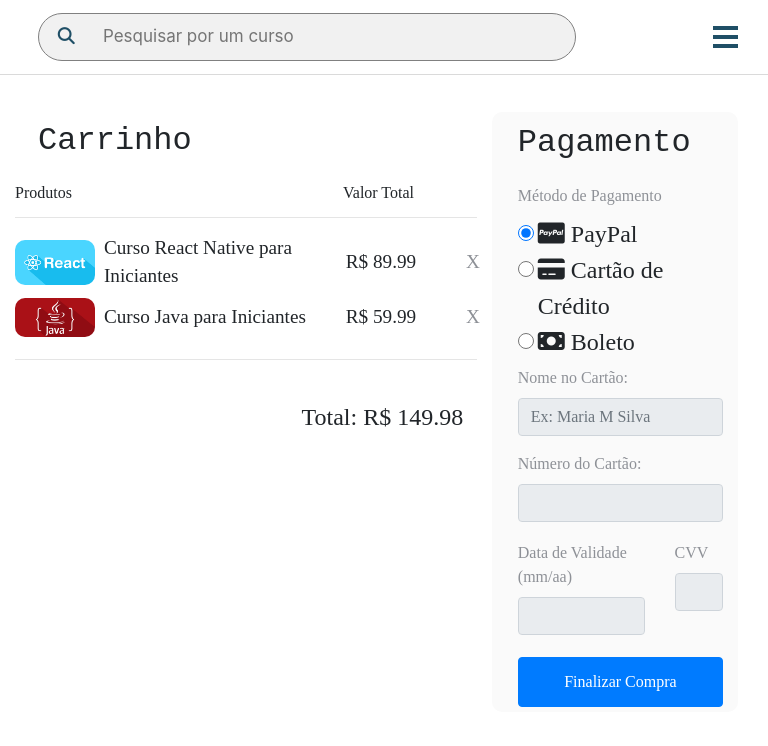
Repository: dudualtmann/Wissen
Page: Projeto Final2/WebContent/checkout.html
The author's editor kept a copy of each file at every save. The page is drawn from the files as they stood at one save, then again after the next save.
The browser window is 768 px wide. The pictures show the whole page.
Some web fonts or font styles are not loaded; a fallback is used. Some web libraries are served in a nearby version.

Above is the page before, as saved 2021-01-30 06:53:18.

After the next save:
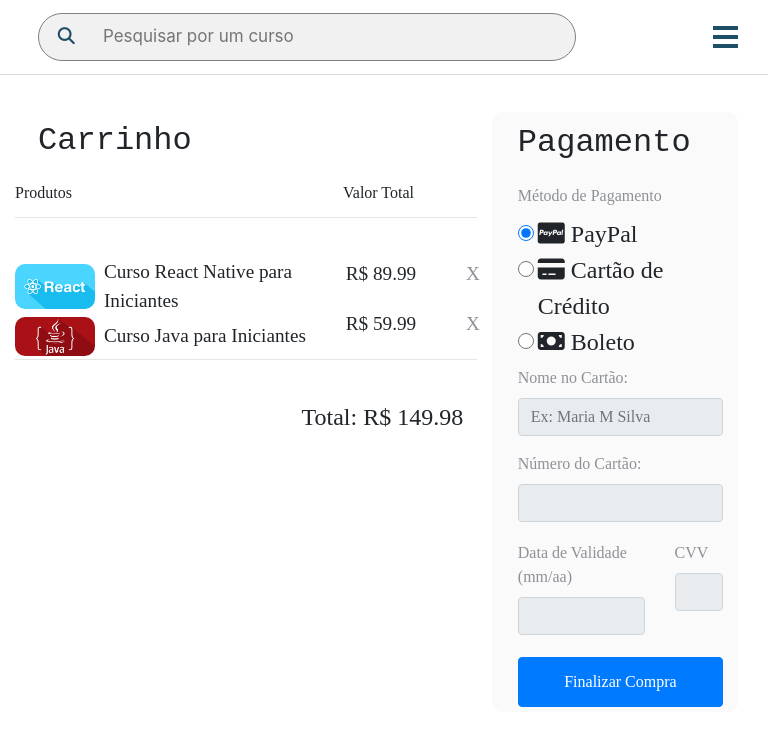
Saved 44 s later.
--- a/Projeto Final2/WebContent/css/checkout.css
+++ b/Projeto Final2/WebContent/css/checkout.css
@@ -139,4 +139,7 @@
 	margin-top: 5%;
 }
 
+.item{
+	margin-top: 5%;
+}
 	}
